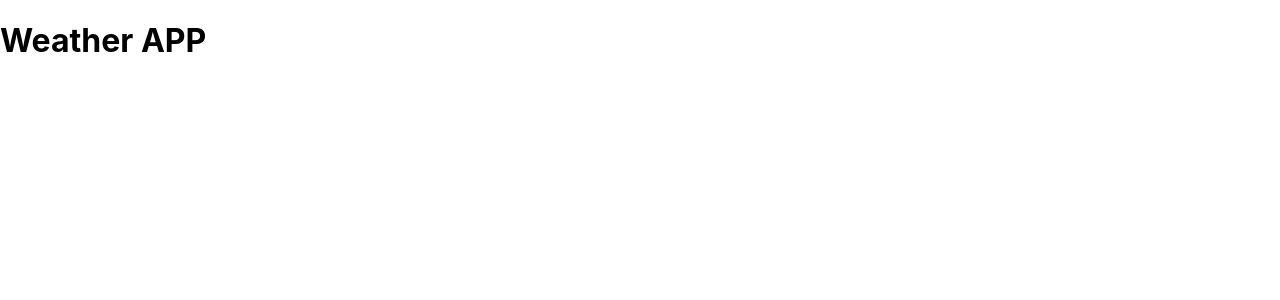
Repository: yavinash249/Weather-1
Page: /
The author's editor kept a copy of each file at every save. The page is drawn from the files as they stood at one save, then again after a run of saves.
The browser window is 1280 px wide. The pictures show the whole page.
The project was rebuilt for these pictures with package versions that can differ from the ones it lists, and the page was loaded fresh each time. Also part of the build but not shown: src/App.css, src/Components/WeatherCard.jsx.

Above is the page before, as saved 2023-02-27 14:49:39.

After the next 8 saves:
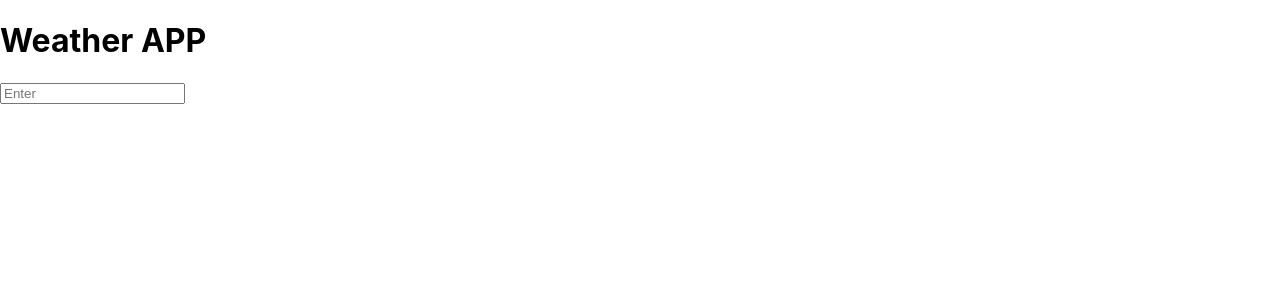
The 8 saves are shown as one change because 3 did not build or start and some came seconds apart.
The last was saved 33 s later.
--- a/src/App.js
+++ b/src/App.js
@@ -25,6 +25,9 @@ function App() {
     <div className="App">
       <h1 className='app_heading'>Weather APP</h1>
       <form onSubmit={handleSubmit}>
+        <input type="text"
+          placeholder='Enter'
+        />
 
       </form>
     </div>
